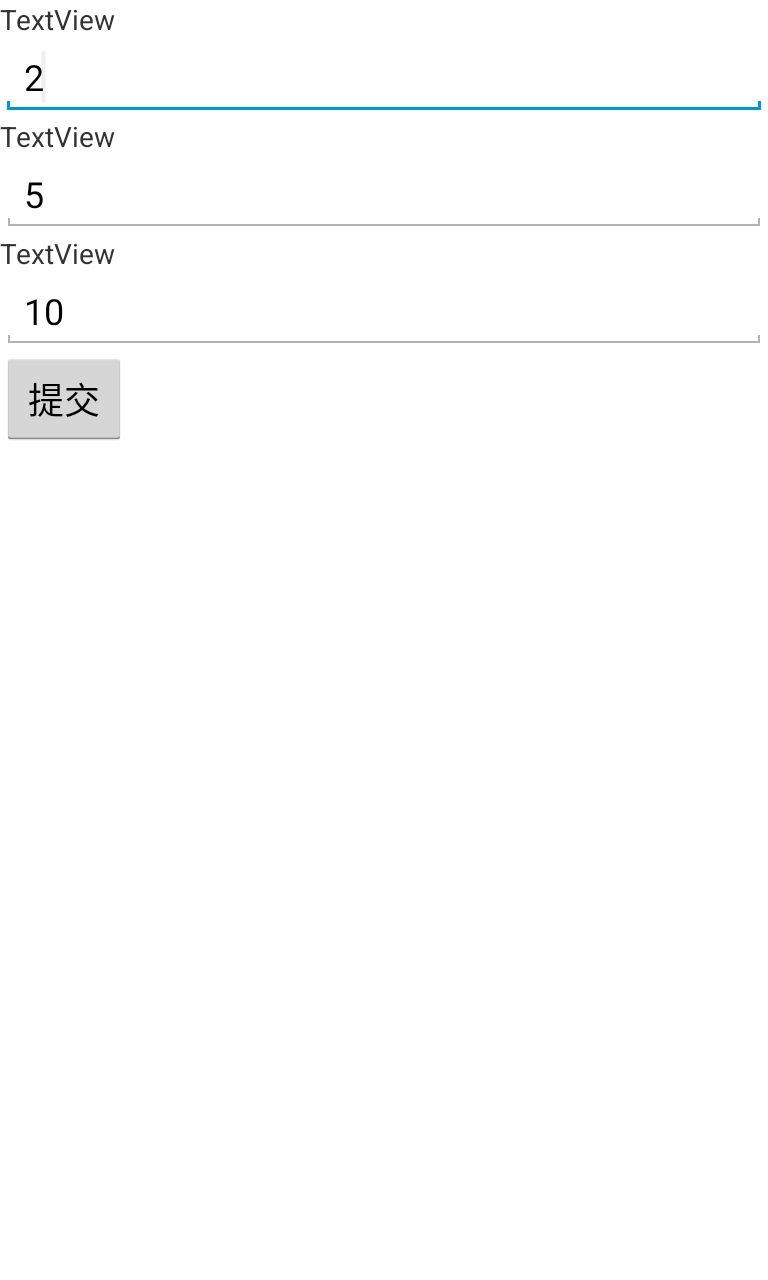
Repository: superlikex/Android_task
Layout: exchange/res/layout/avtivity_set.xml
The author's editor kept a copy of each file at every save. The layout is drawn from the files as they stood at one save, then again after the next save.
It is drawn on a 768 x 1280 px phone screen (xhdpi) without system bars, with theme AppTheme; the app's code is not run.

Above is the layout before, as saved 2015-12-04 16:48:57.

### exchange/res/layout/avtivity_set.xml
<?xml version="1.0" encoding="utf-8"?>
<LinearLayout xmlns:android="http://schemas.android.com/apk/res/android"
    android:layout_width="match_parent"
    android:layout_height="match_parent"
    android:orientation="vertical" >

    <TextView
        android:id="@+id/textView1"
        android:layout_width="wrap_content"
        android:layout_height="wrap_content"
        android:text="TextView" />

    <EditText
        android:id="@+id/editText1"
        android:layout_width="match_parent"
        android:layout_height="wrap_content"
        android:ems="10"
        android:inputType="numberDecimal"
         android:text="2"
        >

        <requestFocus />
    </EditText>

    <TextView
        android:id="@+id/textView2"
        android:layout_width="wrap_content"
        android:layout_height="wrap_content"
        android:text="TextView" />

    <EditText
        android:id="@+id/editText2"
        android:layout_width="match_parent"
        android:layout_height="wrap_content"
        android:ems="10"
        android:inputType="numberDecimal"
         android:text="5"
        />

    <TextView
        android:id="@+id/textView3"
        android:layout_width="wrap_content"
        android:layout_height="wrap_content"
        android:text="TextView" />

    <EditText
        android:id="@+id/editText3"
        android:layout_width="match_parent"
        android:layout_height="wrap_content"
        android:ems="10"
        android:inputType="numberDecimal"
         android:text="10"
         />

    <Button
        android:id="@+id/button1"
        android:layout_width="wrap_content"
        android:layout_height="wrap_content"
        android:text="提交" />


</LinearLayout>

Loaded but not shown: exchange/res/values/styles.xml (common file); exchange/res/values-v11/styles.xml (common file); exchange/res/values-v14/styles.xml (common file)

After the next save:
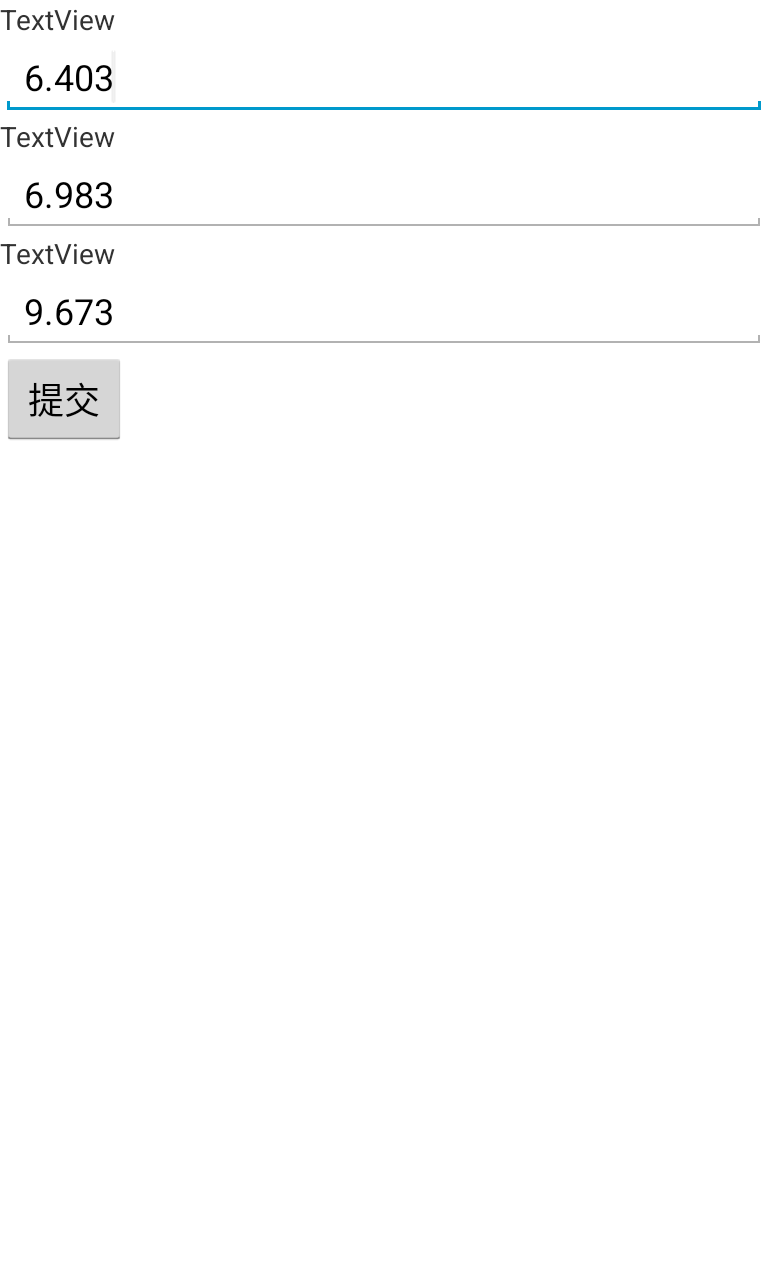
Saved 3 min 19 s later.
--- a/exchange/res/layout/avtivity_set.xml
+++ b/exchange/res/layout/avtivity_set.xml
@@ -16,7 +16,7 @@
         android:layout_height="wrap_content"
         android:ems="10"
         android:inputType="numberDecimal"
-         android:text="2"
+         android:text="6.403"
         >
 
         <requestFocus />
@@ -34,7 +34,7 @@
         android:layout_height="wrap_content"
         android:ems="10"
         android:inputType="numberDecimal"
-         android:text="5"
+         android:text="6.983"
         />
 
     <TextView
@@ -49,7 +49,7 @@
         android:layout_height="wrap_content"
         android:ems="10"
         android:inputType="numberDecimal"
-         android:text="10"
+         android:text="9.673"
          />
 
     <Button
